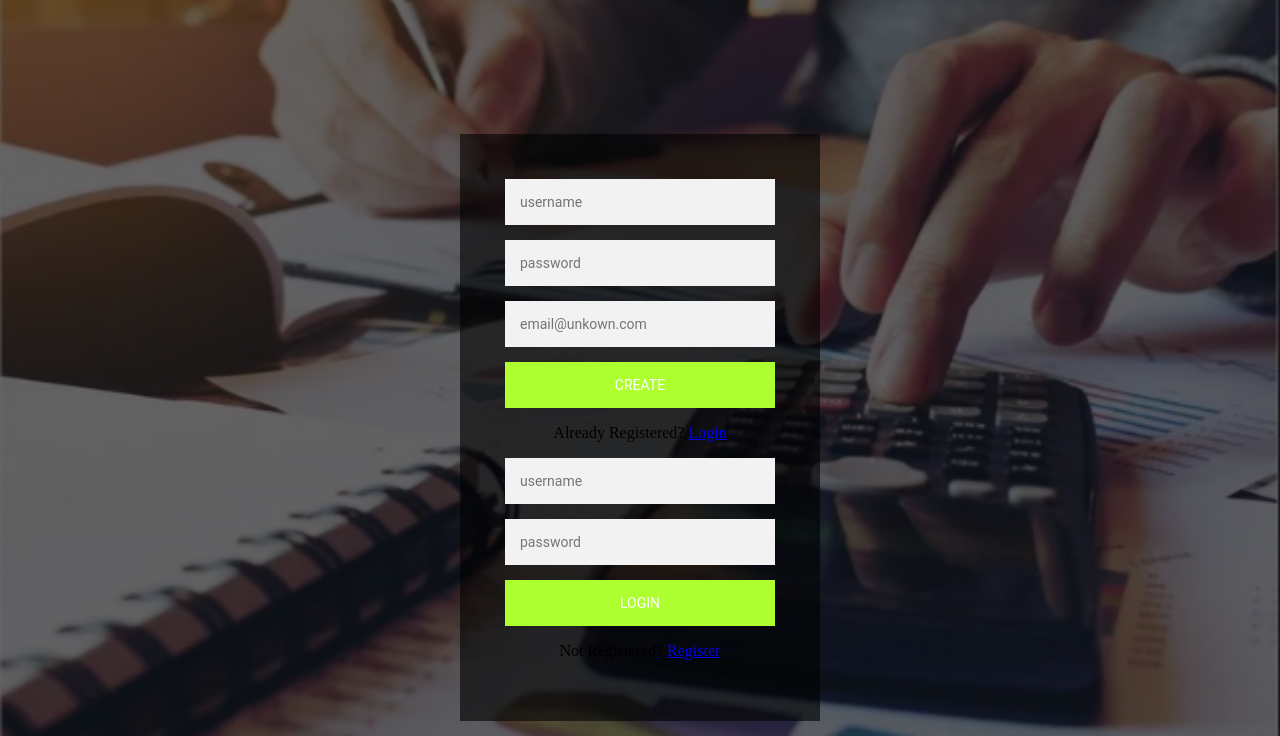
Repository: rambo1022/Project-1
Page: index.html
The author's editor kept a copy of each file at every save. The page is drawn from the files as they stood at one save, then again after the next save.
The browser window is 1280 px wide. The pictures show the whole page.

Above is the page before, as saved 2019-12-01 16:17:05.

### index.html
<!DOCTYPE html>
<html lang="en">
<head>
  <meta charset="UTF-8">
  <meta name="viewport" content="width=device-width, initial-scale=1.0">
  <meta http-equiv="X-UA-Compatible" content="ie=edge">
  <title>Prime Trade || Login/SignUp</title>
  <link rel="stylesheet" href="../Project-1/Sign-Up/signup.css">

</head>

<body>

  <div class="login-page">
  <div class="form">
    <form class="register-form">
    <input type="text" placeholder="username"/>
    <input type="text" placeholder="password"/>
    <input type="text" placeholder="email@unkown.com"/>
    <button>Create</button>
    <p class="message"> Already Registered? <a href="#">Login</a>
    </p>
    </form>

    <form class="login-form">
    <input type="text" placeholder="username"/>
    <input type="password" placeholder="password"/>
    <button>Login</button>
    <p class="message"> Not Registered? <a href="#">Register</a>



    </form>

  </div>
  </div>






</body>

</html>

### Sign-Up/signup.css
body {
    background-image: linear-gradient(rgba(0,0,0,0.6),rgba(0,0,0,0.6)),url(../Sign-Up/images/finance.png);
    height: 100vh;
    background-size: cover;
    background-position: center;


}

.login-page {
    width: 360px;
    padding: 10% 0 0;
    margin: auto;


}

.form {
    position: relative;
    z-index: 1;
    background: rgba(0,0,0,0.6);
    max-width: 360px;
    margin: 0 auto 100px;
    padding: 45px;
    text-align: center;

}


.form input {
    font-family: "Roboto", sans-serif;
    outline: 1;
    background: #f2f2f2;
    width: 100%;
    border: 0;
    margin: 0 0 15px;
    padding: 15px 15px;
    box-sizing: border-box;
    font-size: 14px;

}

.form button {
    font-family: "Roboto", sans-serif;
    text-transform: uppercase;
    outline: 0;
    background: greenyellow;
    width: 100%;
    border: 0;
    padding: 15px 15px;
    color: #ffffff;
    font-size: 14px;
    cursor: pointer;

}

.form button:hover,.form button:active {
    background: rgba(0,0,0,0.6);

}

After the next save:
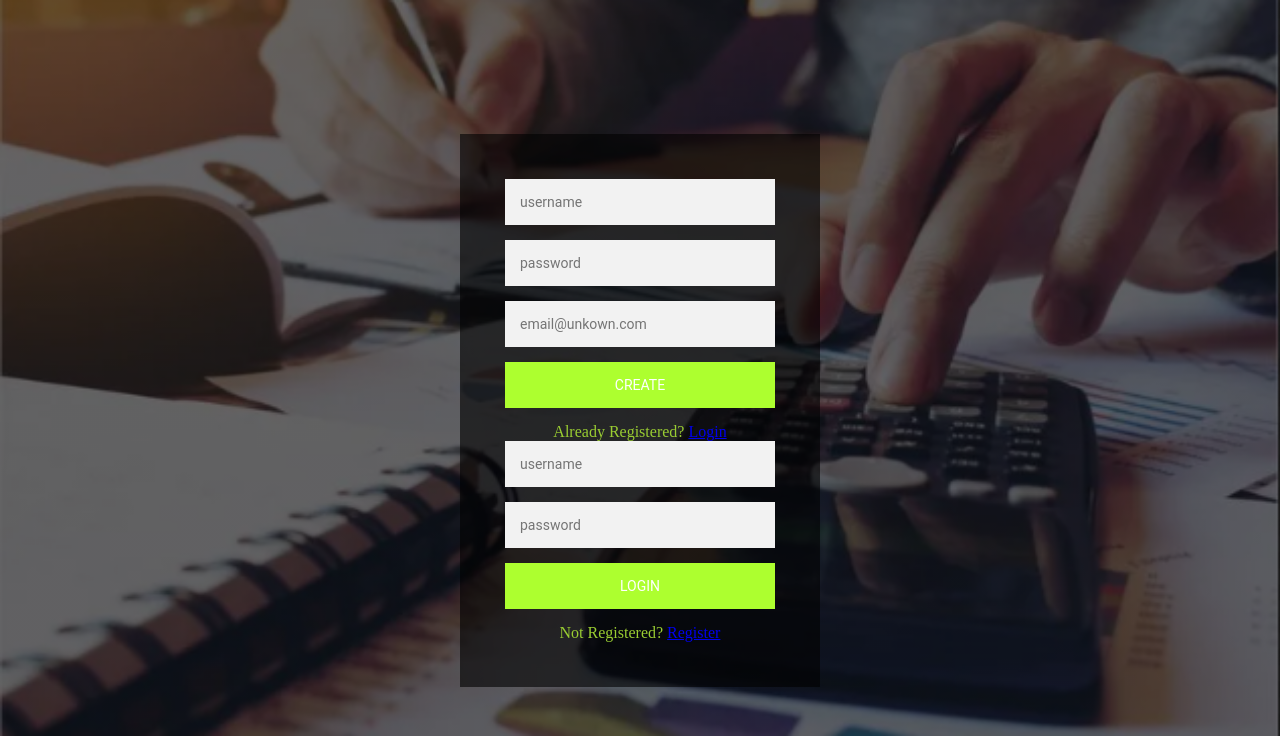
Saved 109 s later.
--- a/Sign-Up/signup.css
+++ b/Sign-Up/signup.css
@@ -58,3 +58,9 @@ body {
     background: rgba(0,0,0,0.6);
 
 }
+
+.form .message {
+    margin: 15px 0 0;
+    color: yellowgreen
+
+}

After the save that followed:
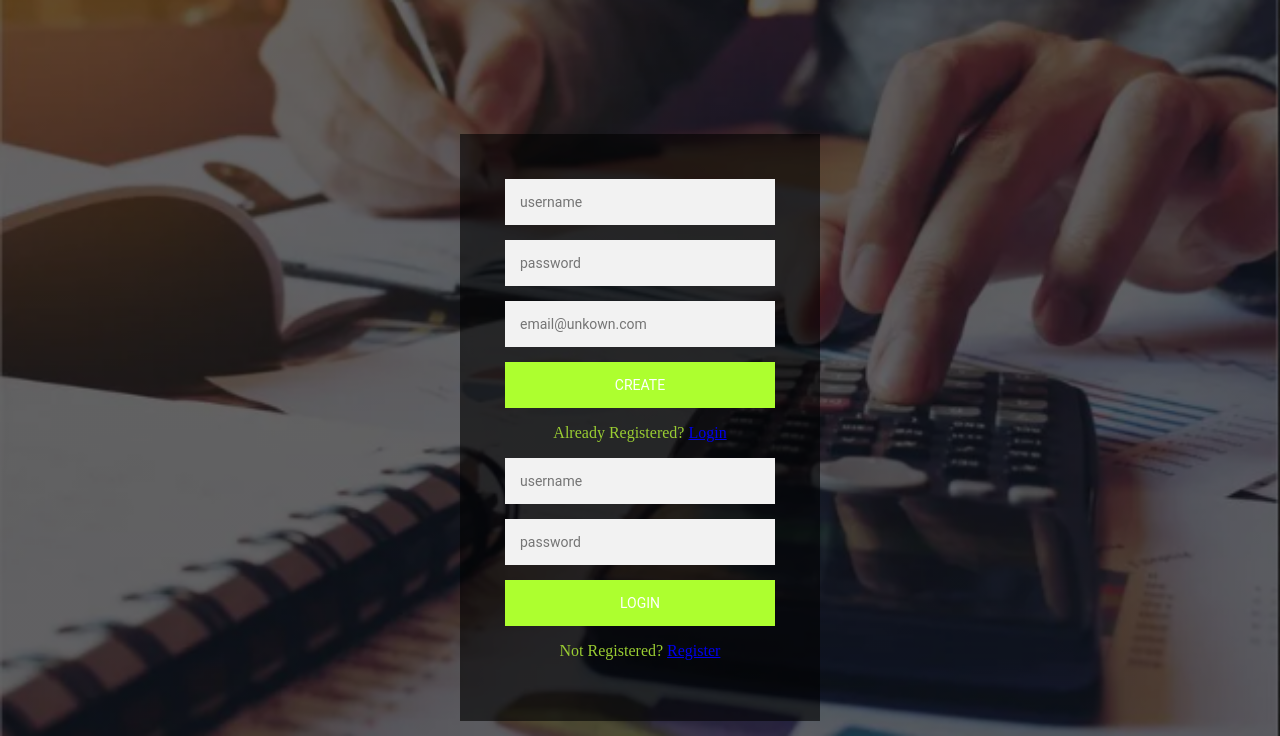
Saved 41 s later.
--- a/Sign-Up/signup.css
+++ b/Sign-Up/signup.css
@@ -60,7 +60,6 @@ body {
 }
 
 .form .message {
-    margin: 15px 0 0;
     color: yellowgreen
 
 }
